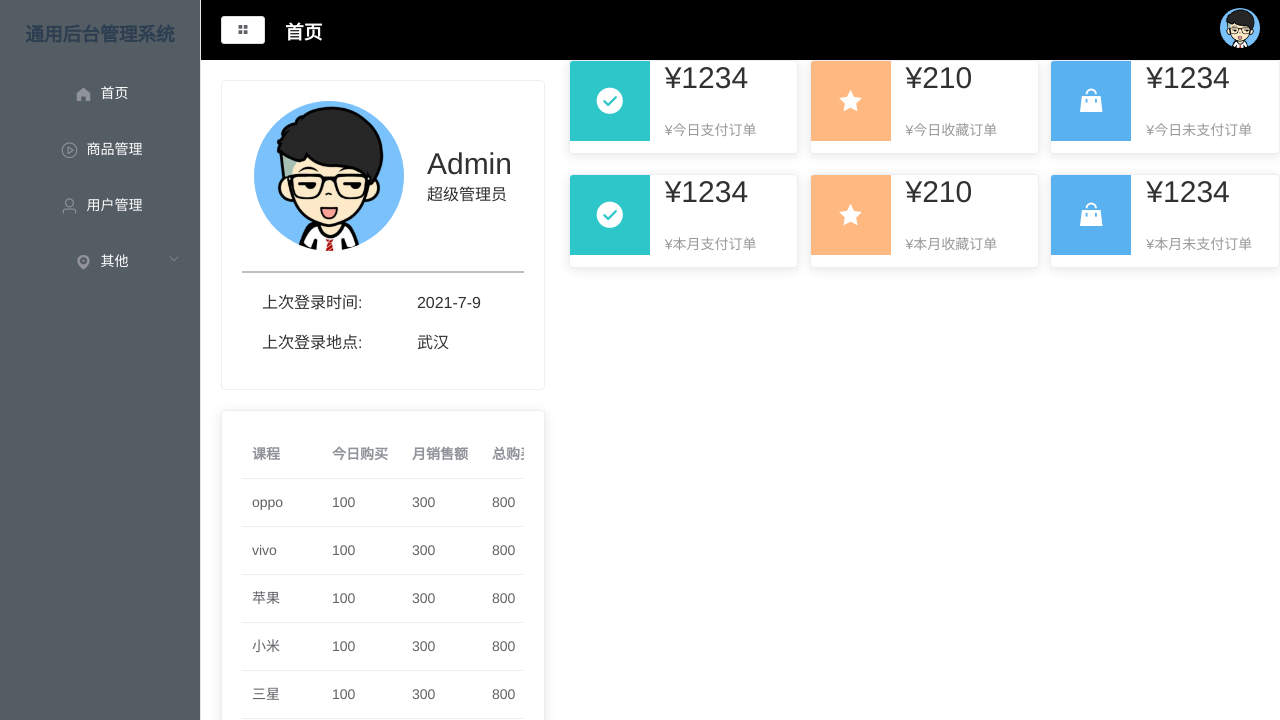
Repository: 385841539/VueStudy
Page: / (app in vue_cli/)
These files come from the project's save history. The page is drawn as it stood at one moment and after the next save; the edit follows.
The browser window is 1280 px wide. The pictures show the whole page.
An inner scrolling area shows only its first screen. The project was rebuilt for these pictures with package versions that can differ from the ones it lists, and the page was loaded fresh each time. Also part of the build but not shown: vue_cli/vue.config.js.

Above is the page before, as saved 2022-01-13 15:00:16.

### vue_cli/public/index.html
<!DOCTYPE html>
<html lang="">

<head>
  <meta charset="utf-8">
  <meta http-equiv="X-UA-Compatible" content="IE=edge">
  <meta name="viewport" content="width=device-width,initial-scale=1.0">
  <link rel="icon" href="<%= BASE_URL %>favicon.ico">
  <title>
    <%= htmlWebpackPlugin.options.title %>
  </title>
  <style>
    body {

      padding: 0px;
      margin: 0px;
      width: 100%;
      height: 100%;

    }
  </style>
</head>

<body>
  <noscript>
    <strong>We're sorry but <%= htmlWebpackPlugin.options.title %> doesn't work properly without JavaScript enabled.
        Please enable it to continue.</strong>
  </noscript>
  <div id="app"></div>
  <!-- built files will be auto injected -->
</body>

</html>

### vue_cli/src/main.js
import Vue from 'vue'
import App from './App.vue'
import './registerServiceWorker'
import router from './router'
import store from './store'

import ElementUI from 'element-ui';
import 'element-ui/lib/theme-chalk/index.css';

Vue.use(ElementUI);


Vue.config.productionTip = false



new Vue({
  router,
  store,
  render: h => h(App)
}).$mount('#app')

### vue_cli/src/App.vue
<template>
  <div id="app">
    <!-- <p>这是一个P段落</p>
    <el-button>按钮</el-button>
    <el-button type="info">信息</el-button>
    <el-radio v-model="radio" label="1">备选项1</el-radio>
    <el-radio v-model="radio" label="2">备选项1</el-radio>

    <div>
      <router-link to="/">去home组件</router-link>
      <router-link to="/about">去about组件</router-link>
    </div> -->

    <router-view></router-view>
  </div>
</template>
<script>


export default {
  data() {
    return {
      radio: "1",
    };
  },
};
</script>


<style lang="scss">
#app {
  font-family: Avenir, Helvetica, Arial, sans-serif;
  -webkit-font-smoothing: antialiased;
  -moz-osx-font-smoothing: grayscale;
  text-align: center;
  color: #2c3e50;
}

#nav {
  padding: 30px;

  a {
    font-weight: bold;
    color: #2c3e50;

    &.router-link-exact-active {
      color: #42b983;
    }
  }
}
</style>

### vue_cli/src/router/index.js
import Vue from 'vue'
import VueRouter from 'vue-router'
import Main from '../views/Main.vue'

Vue.use(VueRouter)

const routes = [
  {
    path: '/',
    name: 'main',
    component: Main,
    children: [

      {
        path: "/",
        name: "home",
        component: () => import('@/views/Home/Home')

      },
      {
        path: "/mall",
        name: "mall",
        component: () => import('@/views/Mall/Mall')

      },

    ]
  },
  {
    path: '/about',
    name: 'About',
    // route level code-splitting
    // this generates a separate chunk (about.[hash].js) for this route
    // which is lazy-loaded when the route is visited.
    component: () => import(/* webpackChunkName: "about" */ '../views/About.vue')
  }
]

const router = new VueRouter({
  mode: 'history',
  base: process.env.BASE_URL,
  routes
})

export default router

### vue_cli/src/store/index.js
import Vue from 'vue'
import Vuex from 'vuex'
import tab from "./tab"

Vue.use(Vuex)

export default new Vuex.Store({
  state: {
  },
  mutations: {
  },
  actions: {
  },
  modules: {
    tab
  }
})

### vue_cli/src/views/Main.vue
<template>
  <el-container style="height: 100vh">
    <el-aside width="auto">
      <CommonAside></CommonAside>
    </el-aside>
    <el-container>
      <el-header>
        <CommonHeader></CommonHeader>
      </el-header>
      <el-main>
        <router-view></router-view>
      </el-main>
    </el-container>
  </el-container>
</template>

<script>
// @ is an alias to /src
import CommonAside from "../components/CommonAside.vue";
import CommonHeader from "../components/CommonHeader.vue";

export default {
  name: "main",
  components: {
    CommonAside,
    CommonHeader,
  },
};
</script>
<style lang='scss' scoped>
.el-container {
  padding: 0px;
  max-width: 100%;
}
.el-aside {
  margin: 0px;
  padding: 0px;
}
.el-header {
  background-color: black;
  width: 100%;
  padding: 0%;
  margin: 0%;
}
.el-main {
  padding: 0px;
  height: 100%;
  width: 100%;
}
.router-view {
  padding: 0px;
  height: 100%;
  width: 100%;
}
</style>

### vue_cli/src/views/Home/Home.vue




<template>
  <div>
    <el-row :gutter="24">
      <el-col :span="8" style="margin-top: 20px">
        <el-card shadow="hover">
          <div class="user">
            <img :src="userImg" />
            <div class="userInfo">
              <p style="font-size: 30px">Admin</p>
              <p>超级管理员</p>
            </div>
          </div>

          <div class="loginInfo">
            <p>上次登录时间: <span>2021-7-9</span></p>
            <p>上次登录地点: <span>武汉</span></p>
          </div>
        </el-card>
        <el-card style="height: 470px; margin-top: 20px">
          <el-table :data="tableData">
            <el-table-column
              show-overflow-tooltip
              v-for="(value, key) in tableLabel"
              :key="key"
              :prop="key"
              :label="value"
            ></el-table-column>
          </el-table>
        </el-card>
      </el-col>
      <el-col
        :span="16"
        style="margin-top: 20px ,margin-left: 0px,background: red"
      >
        <div class="num">
          <el-card
            shandow="hover"
            v-for="item in countData"
            :key="item.name"
            :body-style="{ display: 'flex', padding: 0 }"
          >
            <i
              class="icon"
              :class="`el-icon-${item.icon}`"
              :style="{ background: item.color }"
            ></i>
            <div class="detail">
              <p class="num">¥{{ item.value }}</p>
              <p class="txt">¥{{ item.name }}</p>
            </div>
          </el-card>
        </div>
      </el-col>
    </el-row>
  </div>
</template>



<script>
export default {
  data() {
    return {
      userImg: require("../../assets/images/user.png"),
      tableData: [
        {
          name: "oppo",
          todayBuy: 100,
          monthBuy: 300,
          totalBuy: 800,
        },
        {
          name: "vivo",
          todayBuy: 100,
          monthBuy: 300,
          totalBuy: 800,
        },
        {
          name: "苹果",
          todayBuy: 100,
          monthBuy: 300,
          totalBuy: 800,
        },
        {
          name: "小米",
          todayBuy: 100,
          monthBuy: 300,
          totalBuy: 800,
        },
        {
          name: "三星",
          todayBuy: 100,
          monthBuy: 300,
          totalBuy: 800,
        },
        {
          name: "魅族",
          todayBuy: 100,
          monthBuy: 300,
          totalBuy: 800,
        },
      ],
      tableLabel: {
        name: "课程",
        todayBuy: "今日购买",
        monthBuy: "月销售额",
        totalBuy: "总购买量",
      },
      countData: [
        {
          name: "今日支付订单",
          value: 1234,
          icon: "success",
          color: "#2ec7c9",
        },
        {
          name: "今日收藏订单",
          value: 210,
          icon: "star-on",
          color: "#ffb980",
        },
        {
          name: "今日未支付订单",
          value: 1234,
          icon: "s-goods",
          color: "#5ab1ef",
        },
        {
          name: "本月支付订单",
          value: 1234,
          icon: "success",
          color: "#2ec7c9",
        },
        {
          name: "本月收藏订单",
          value: 210,
          icon: "star-on",
          color: "#ffb980",
        },
        {
          name: "本月未支付订单",
          value: 1234,
          icon: "s-goods",
          color: "#5ab1ef",
        },
      ],
    };
  },
};
</script>


<style  lang="scss" scoped>
// div {
//   background: blue;
//   height: 100%;
//   padding: 0px;
//   margin: 0px;
// }
.el-card {
  margin-left: 20px;
}

.user {
  display: flex;
  align-items: center;
  justify-content: space-around;
  border-bottom: 2px solid rgb(194, 189, 189);

  padding-bottom: 20px;
  .userInfo {
    text-align: start;

    p {
      margin: 0px;
    }
  }
  img {
    width: 150px;
    height: 150px;
    border-radius: 50%;
  }
}

.loginInfo {
  // background-color: yellowgreen;
  margin-top: 0px;
  text-align: start;
  padding-left: 20px;

  span {
    margin-left: 50px;
  }
}

.num {
  display: flex;
  flex-wrap: wrap;
  justify-content: space-between;
  margin: 0px;
  .el-card {
    margin: 0px;
    width: 32%;
    margin-bottom: 20px;
  }
  .icon {
    font-size: 30px;
    width: 80px;
    height: 80px;
    text-align: center;
    line-height: 80px;
    color: #fff;
  }
  .detail {
    margin-left: 15px;
    display: flex;
    flex-direction: column;
    justify-content: center;
    .num {
      font-size: 30px;
      margin-bottom: 10px;
    }
    .txt {
      font-size: 14px;
      text-align: center;
      color: #999999;
    }
  }
}
</style>

### vue_cli/src/store/tab.js
export default {


    state: {

        isCollapse: false

    },


    mutations: {

        collaspseMenu(state) {
            state.isCollapse = !state.isCollapse

        }



    }


}

### vue_cli/src/components/CommonAside.vue
<template>
  <el-menu
    class="el-menu-vertical-demo"
    :collapse="isCollapse"
    background-color="#545c64"
    text-color="#fff"
    active-text-color="#ffd04b"
  >
    <h3>{{ getName }}</h3>

    <el-menu-item
      :index="item.path"
      v-for="item in noChildren"
      :key="item.name"
      @click="clickMenu(item)"
    >
      <i :class="'el-icon-' + item.icon"></i>
      <span slot="title">{{ item.label }}</span>
    </el-menu-item>

    <el-submenu
      :index="item.label"
      v-for="item in hazChildren"
      :key="item.label"
    >
      <div slot="title">
        <i :class="'el-icon-' + item.icon"></i>
        <span>{{ item.label }}</span>
      </div>

      <el-menu-item-group>
        <el-menu-item
          v-for="(subItem, subIndex) in item.children"
          :index="subItem.path"
          :key="subIndex"
        >
          <i :class="'el-icon-' + subItem.icon"></i>
          <span slot="title">{{ subItem.label }}</span>
        </el-menu-item>
      </el-menu-item-group>
    </el-submenu>
  </el-menu>
</template>

<style>
.el-menu-vertical-demo:not(.el-menu--collapse) {
  width: 200px;
  height: 100%;
  min-height: 400px;
}

</style>


<script>
export default {
  data() {
    return {
      menu: [
        {
          path: "/",
          name: "home",
          label: "首页",
          icon: "s-home",
          url: "Home/Home",
        },
        {
          path: "/mall",
          name: "mall",
          label: "商品管理",
          icon: "video-play",
          url: "MallManage/MallManage",
        },
        {
          path: "/user",
          name: "user",
          label: "用户管理",
          icon: "user",
          url: "UserMange/UserMange",
        },
        {
          label: "其他",
          icon: "location",
          children: [
            {
              path: "/page1",
              name: "page1",
              label: "页面1",
              icon: "setting",
              url: "Other/PageOne",
            },
            {
              path: "/page2",
              name: "page2",
              label: "页面2",
              icon: "setting",
              url: "Other/PageTwo",
            },
          ],
        },
      ],
    };
  },
  methods: {
    clickMenu(item) {
      console.log(item);
      this.$router.push({ name: item.name });
    },
  },
  computed: {
    isCollapse() {
      return this.$store.state.tab.isCollapse;
    },
    getName() {
      if (this.isCollapse) return "后台";

      return "通用后台管理系统";
    },
    noChildren() {
      return this.menu.filter((item) => {
        console.log(item);
        return !item.children;
      });
    },
    hazChildren() {
      return this.menu.filter((item) => item.children);
    },
  },
};
</script>

### vue_cli/src/components/CommonHeader.vue
<template>
  <header>
    <div class="l-content">
      <el-button
        plain
        icon="el-icon-menu"
        size="mini"
        v-on:click="handleMenu"
      ></el-button>
      <h3 class="home-title">首页</h3>
    </div>

    <div class="r-content">
      <el-dropdown szie="mini" trigger="click">
        <span>
          <img :src="userImg" class="user" />
        </span>

        <el-dropdown-menu slot="dropdown">
          <el-dropdown-item>个人中心</el-dropdown-item>
          <el-dropdown-item>个人中心1</el-dropdown-item>
        </el-dropdown-menu>
      </el-dropdown>
    </div>
  </header>
</template>



<script>
export default {
  data() {
    return {
      userImg: require("../assets/images/user.png"),
    };
  },

  methods: {
    handleMenu() {
      this.$store.commit("collaspseMenu");
    },
  },
};
</script>


<style  lang="scss" scoped>
header {
  display: flex;
  height: 100%;
  width: 100%;
  align-items: center;
  justify-content: space-between;
  padding: 0;
  margin: 0;
}

.home-title {
  color: white;
}

.l-content {
  display: flex;
  align-items: center;
  margin-left: 20px;
  .el-button {
    margin-right: 20px;
  }
}

.r-content {
  .user {
    width: 40px;
    height: 40px;
    border-radius: 50%;
    margin-right: 20px;
  }
}
</style>

Loaded but not shown: vue_cli/src/registerServiceWorker.js (common file)

After the next save:
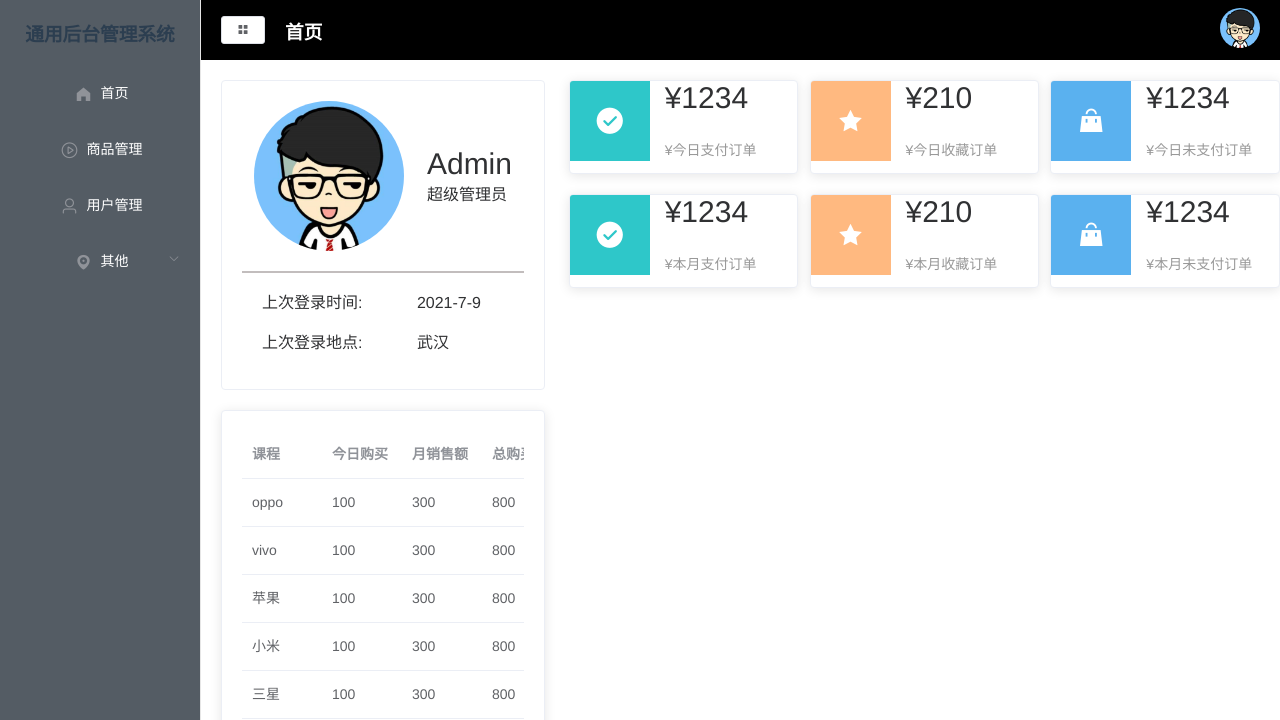
Saved 43 s later.
--- a/vue_cli/src/views/Home/Home.vue
+++ b/vue_cli/src/views/Home/Home.vue
@@ -34,7 +34,7 @@
       </el-col>
       <el-col
         :span="16"
-        style="margin-top: 20px ,margin-left: 0px,background: red"
+        style="margin-top: 20px"
       >
         <div class="num">
           <el-card
